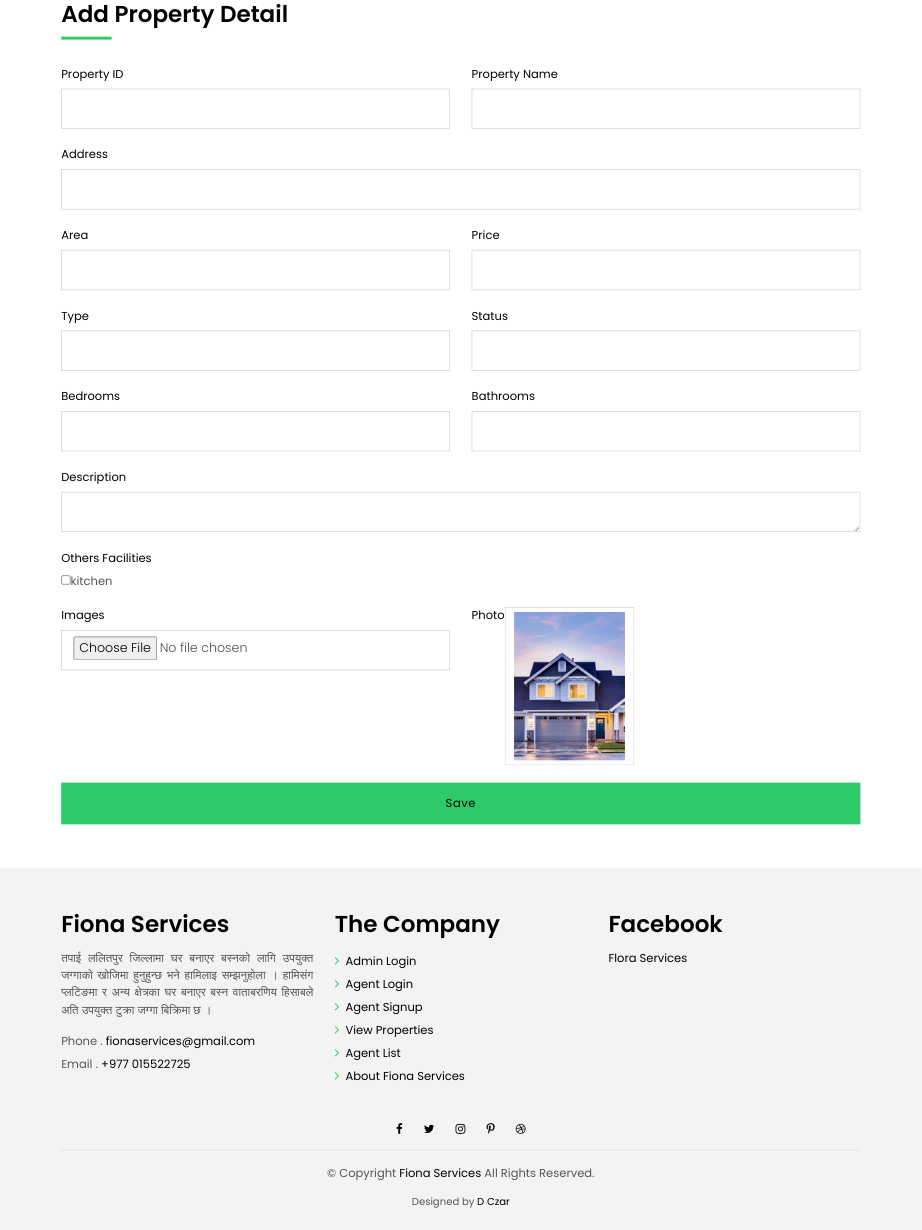
Repository: Sjuicyy/realstate
Page: Add-Property.html
An editor plug-in stored every save of this project. The page is shown before and after a run of saves, followed by the edit.
The browser window is 1280 px wide. The pictures show the whole page, at 72% of full size.

Above is the page before, as saved 2022-10-13 16:02:24.

After the next 4 saves:
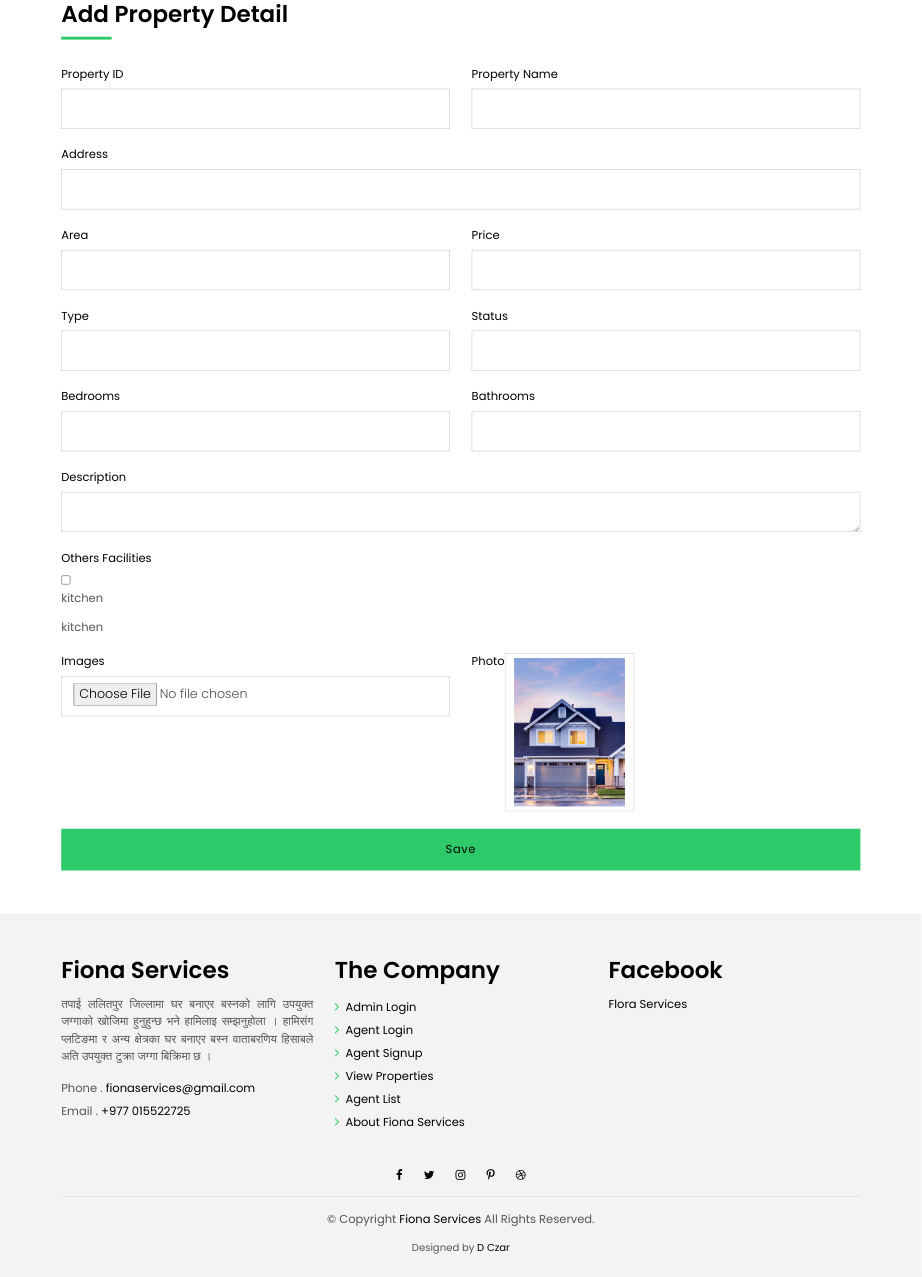
The 4 saves are shown as one change because they came seconds apart.
The last was saved 9 s later.
--- a/Add-Property.html
+++ b/Add-Property.html
@@ -191,7 +191,7 @@
             <div class="col-md-12 mb-2">
               <div class="form-group">
                 <label for="bathrooms">Others Facilities</label> <br>
-                <input type="checkbox" name="" id="">kitchen
+                <input type="checkbox" name="" id=""> <p>kitchen</p> kitchen
               </div>
             </div>
 
